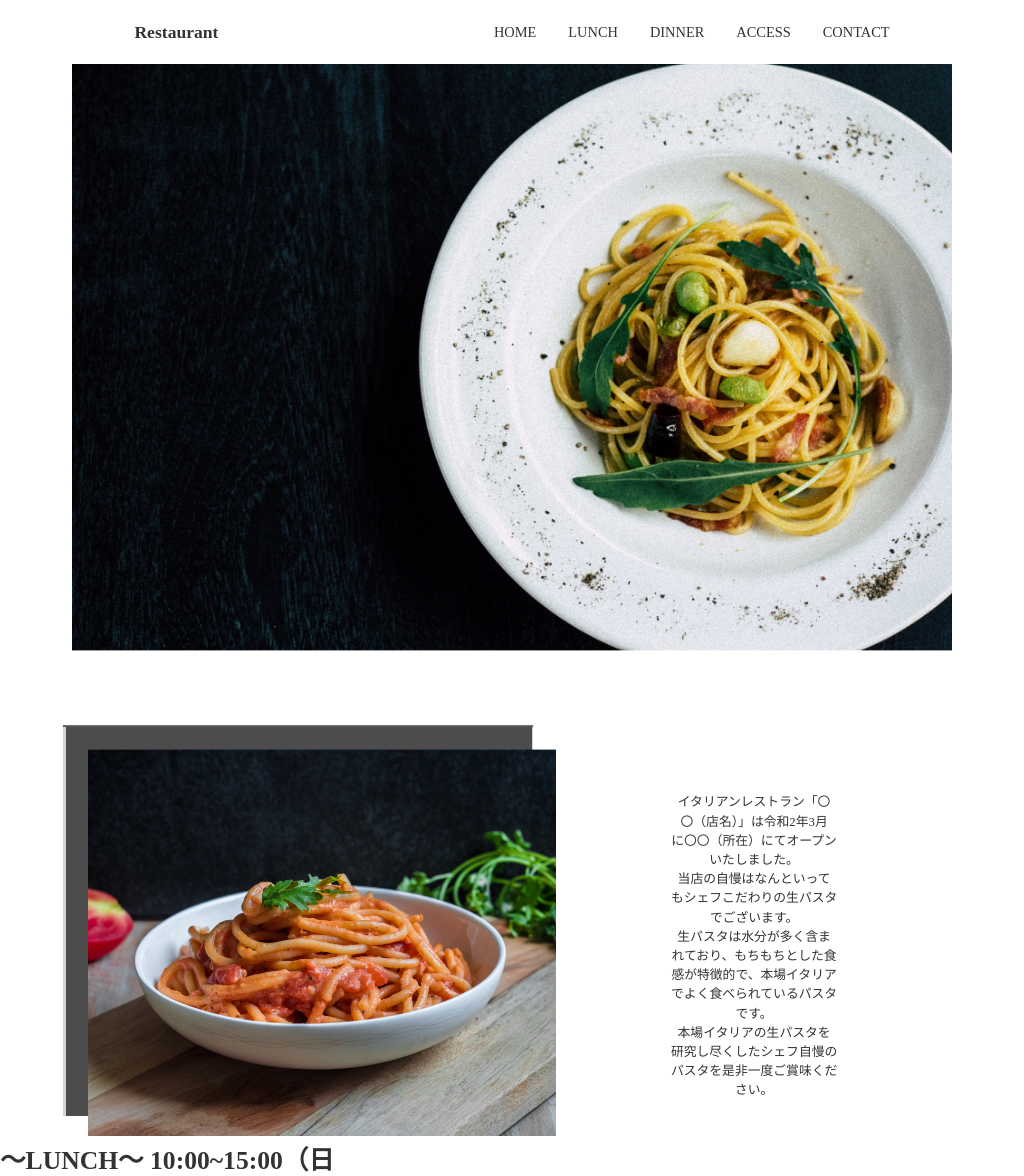
Repository: konatsu-0806/demo-site
Page: FromFigma/index.html
These files come from the project's save history. The page is drawn as it stood at one moment and after the next save; the edit follows.
The browser window is 1280 px wide. The pictures show the whole page, at 80% of full size.

Above is the page before, as saved 2023-02-08 17:27:31.

### FromFigma/index.html
<!DOCTYPE html>
<html lang="ja">

<head>
  <meta charset="UTF-8">
  <meta name="viewport" content="width=device-width, initial-scale=1.0">
  <meta http-equiv="X-UA-Compatible" content="ie=edge">
  <link rel="stylesheet" href="css/style.css">
  <title>demosite</title>
</head>

<body>
  <header class="header_bg">
    <div class="header_contents">
      <h1>Restaurant</h1>
      <div class="responsive_btn">
        <div class="menu_line"></div>
        <div class="menu_line"></div>
        <div class="menu_line"></div>
      </div>
      <nav class="header_nav">
        <ul class="header_nav_lists">
          <li><a class="nav_link" href="">HOME</a></li>
          <li><a class="nav_link" href="">LUNCH</a></li>
          <li><a class="nav_link" href="">DINNER</a></li>
          <li><a class="nav_link" href="">ACCESS</a></li>
          <li><a class="nav_link" href="">CONTACT</a></li>
        </ul>
      </nav>
    </div>
  </header>
  <script src="js/master.js"></script>

  <div class="main_visual">
   <img src="img/mgg-vitchakorn-98Xi5vMGKck-unsplash.jpg" alt="">
  </div>

  <div class="intro_bg">
    <div class="intro_contents">
        <div class="intro_img">
            <img src="img/pratik-gupta-gyt0s3wR1YM-unsplash.jpg" alt="">
        </div>
        <div class="intro_sentence">
            <p class="text-center">
              イタリアンレストラン「〇<br />
              〇（店名）」は令和2年3月<br />
              に〇〇（所在）にてオープン<br />
              いたしました。
            </p>
            <p class="text-center">
              当店の自慢はなんといって<br />
              もシェフこだわりの生パスタ<br />
              でございます。<br />
            </p>
            <p class="text-center">
              生パスタは水分が多く含ま<br />
              れており、もちもちとした食<br />
              感が特徴的で、本場イタリア<br />
              でよく食べられているパスタ<br />
              です。
            </p>
            <p class="text-center">
              本場イタリアの生パスタを<br />
              研究し尽くしたシェフ自慢の<br />
              パスタを是非一度ご賞味くだ<br />
              さい。
            </p>
        </div>
    </div>
</div>

<div class="lunch">
  <div class="triangle"></div>
  <h1>～LUNCH～
    10:00~15:00（日
  </h1>
</div>
</body>

</html>

### FromFigma/css/style.css
/* Reset style */
* {
    margin: 0;
    padding: 0;
    box-sizing: border-box;
    list-style: none;
    text-decoration: none;
    color: #333;
}

/* Normal header style */
.header_bg {
    width: 100%;
    height: 80px;
}

.header_contents {
    width: 100%;
    max-width: 1024px;
    height: 100%;
    margin: 0 auto;
    display: flex;
    justify-content: space-between;
    align-items: center;
}

.header_contents h1 {
    font-size: 22px;
    margin: 0 0 0 40px;
}

.header_nav_lists {
    display: flex;
}

.header_nav_lists li {
    margin: 0 40px 0 0;
}

.nav_link {
    font-size: 18px;
}

/* Responsive menu button */
.responsive_btn {
    display: none;
    flex-direction: column;
    align-items: center;
    justify-content: center;
    width: 32px;
    height: 32px;
    margin: 0 40px 0 0;
    cursor: pointer;
    position: relative;
    z-index: 10;
}

.menu_line {
    background-color: #333;
    border-radius: 5px;
    width: 100%;
    height: 5px;
    margin: 4px 0;
}

/* Reaponsive style */
@media screen and (max-width: 768px) {
    .responsive_btn {
        display: flex;
    }

    .header_bg {
        position: relative;
    }

    .header_nav {
        background-color: white;
        width: 100%;
        height: 100vh;
        padding: 80px 0 0 0;
        position: absolute;
        top: 0;
        right: -100%;
        transition: .5s;
    }

    .header_nav_lists {
        display: block;
        text-align: center;
    }

    .header_nav_lists li {
        margin: 0 0 40px;
        text-align: center;
    }

    .nav_link {
        font-size: 20px;
    }
}

/* js function "menuToggle" starting only */
.menu_active {
    right: 0;
  }

/* 1st pic */
img {
    width: 100%;
}

.main_visual {
    padding: 0 50px;
    margin: auto;
    max-width: 1200px;
}

/* contents */
.intro_bg {
    width: 100%;
    max-width: 1200px;
    margin: auto;
    padding: 120px 50px 0px 70px;
}
.contents img {
    width: 100%;
}
.text-center {
    text-align: center;
}
.intro_contents {
    display: flex;
}
.intro_img {
    width: 55%;
    margin: auto;
    box-shadow: -30px -30px 1px 1px rgba(0, 0, 0, 0.7);
}
.intro_sentence {
    width: 45%;
    margin: auto .5rem;
}
@media screen and (max-width: 767px) {
    .intro_contents {
        display: block;
    }
    .intro_contents .intro_img {
        width: 100%;
        margin: 0 auto;
    }
    .intro_contents .intro_sentence {
        width: 100%;
        margin: 0 auto;
    }
}

### FromFigma/js/master.js
const responsive_menu_btn = document.querySelector('.responsive_btn');
responsive_menu_btn.addEventListener('click', menuToggle);

function menuToggle() {
  const header_menu_detail = document.querySelector('.header_nav');
  header_menu_detail.classList.toggle('menu_active');
}

After the next save:
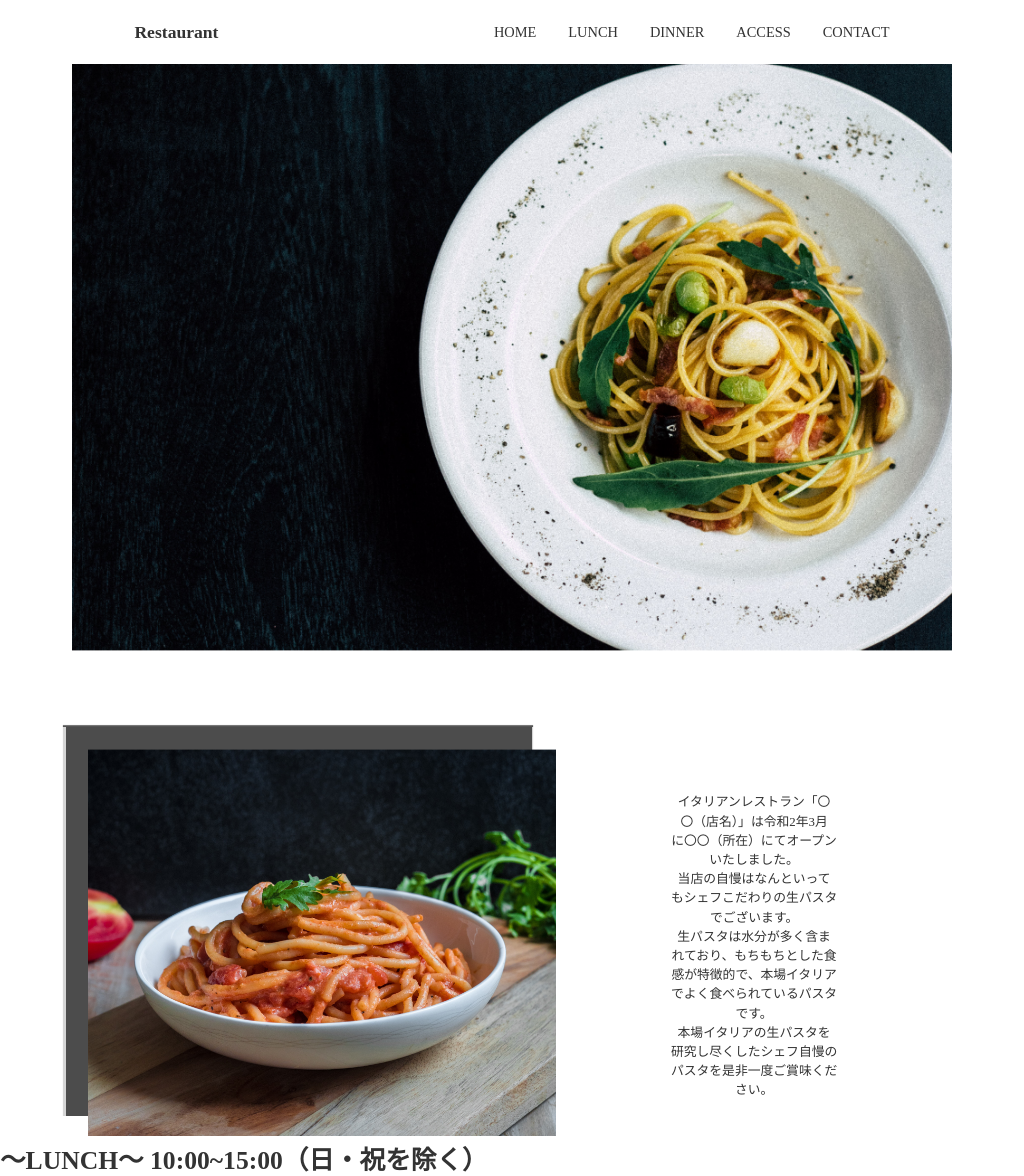
Saved 6 s later.
--- a/FromFigma/index.html
+++ b/FromFigma/index.html
@@ -72,7 +72,7 @@
 <div class="lunch">
   <div class="triangle"></div>
   <h1>～LUNCH～
-    10:00~15:00（日
+    10:00~15:00（日・祝を除く）
   </h1>
 </div>
 </body>
